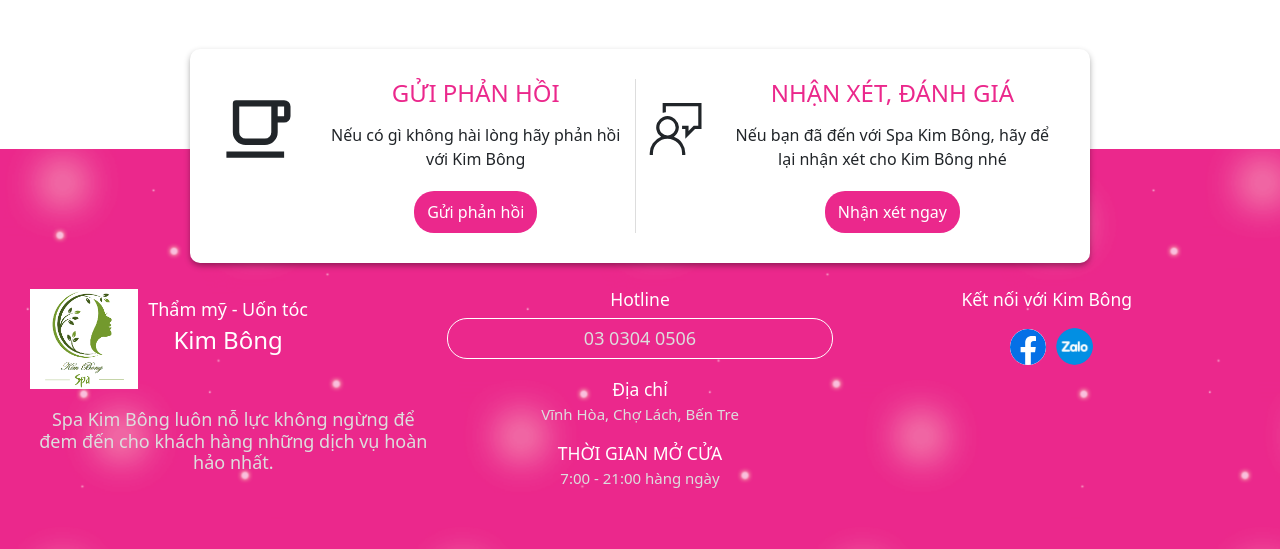
Repository: tranduykhuong/SpaKimBong
Page: /about
These files come from the project's save history. The page is drawn as it stood at one moment and after a run of saves; the edit follows.
The browser window is 1280 px wide. The pictures show the part of the page from y = 2107 to 2667 px (the page is 2656 px tall before and 2667 px after).
The project was rebuilt for these pictures with package versions that can differ from the ones it lists, and the page was loaded fresh each time. Also part of the build but not shown: src/components/Header/Slider/slider.scss, src/components/Header/Slider/Slider.js, src/components/Header/ListImage/listImage.scss, src/components/Header/ListImage/ListImage.js, src/pages/Home/home.scss, src/pages/Home/ListImage/listImage.scss, src/pages/Home/ListImage/ListImage.js, src/pages/Home/BookOnline/bookOnl.scss and 6 more.

Above is the page before, as saved 2022-06-02 23:59:38.

After the next 2 saves:
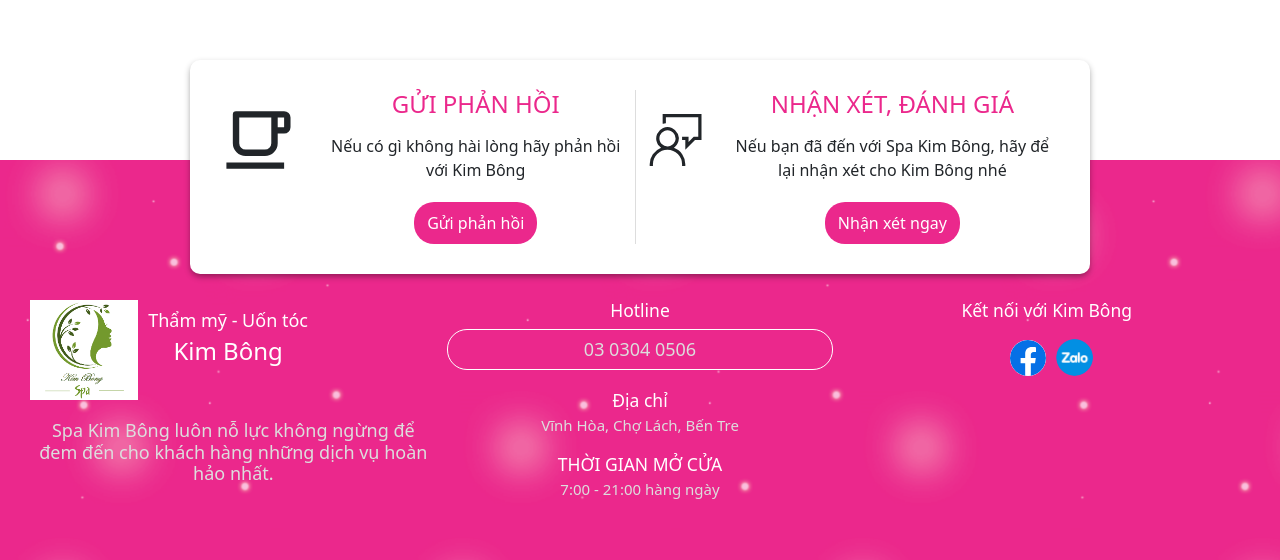
The 2 saves are shown as one change because they came seconds apart.
The last was saved 33 s later.
--- a/src/pages/About/About.scss
+++ b/src/pages/About/About.scss
@@ -121,6 +121,7 @@
           p {
             font-family: Roboto, sans-serif;
             font-size: 16px;
+            margin: 0 0 21px;
           }
         }
       }
